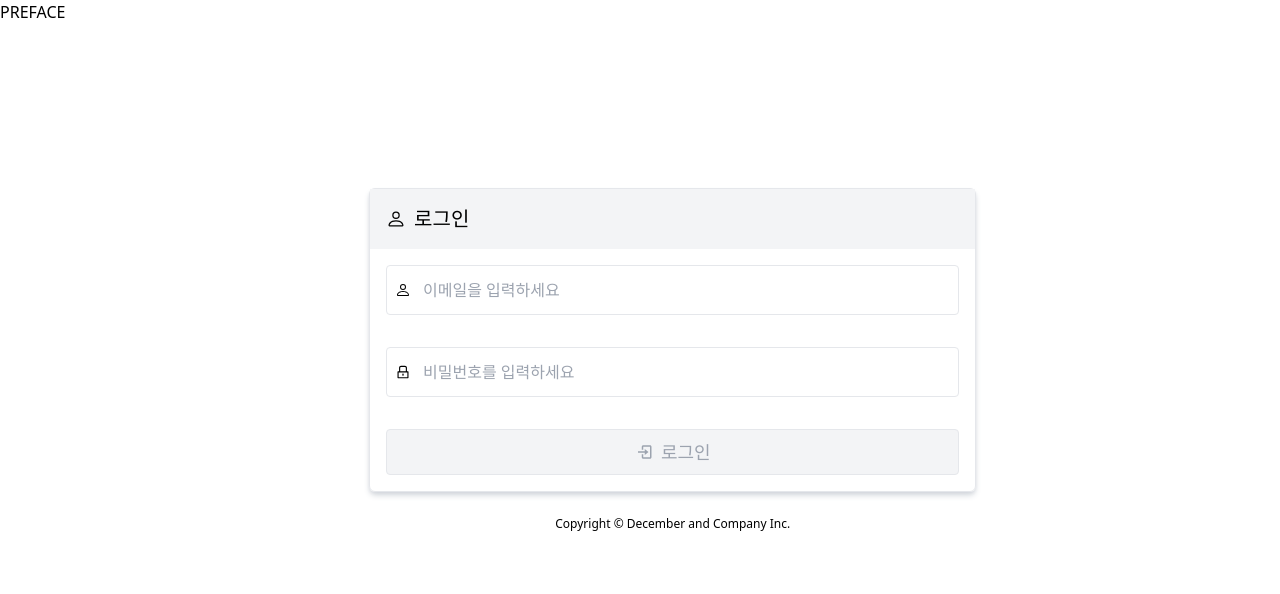
Repository: wanted-pre-onboarding-4/pre-onboarding-assignment-week-4-1-team-4
Page: /login (app in client/)
These files come from the project's save history. The page is drawn as it stood at one moment and after the next save; the edit follows.
The browser window is 1280 px wide. The pictures show the whole page.
The project was rebuilt for these pictures with package versions that can differ from the ones it lists, and the page was loaded fresh each time. Also part of the build but not shown: client/src/components/Footer.jsx, client/src/components/Header.jsx, client/src/components/Sider.jsx, client/src/components/Layout.jsx.

Above is the page before, as saved 2022-09-20 21:29:57.

After the next save:
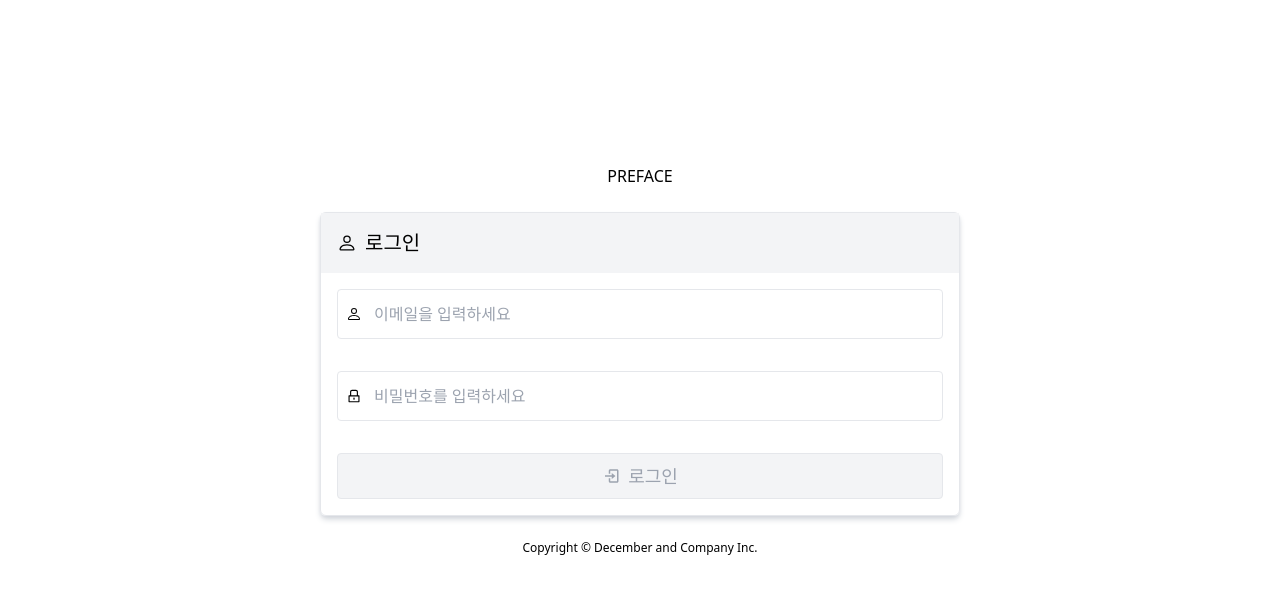
Saved 17 s later.
--- a/client/src/pages/login/Login.jsx
+++ b/client/src/pages/login/Login.jsx
@@ -5,9 +5,8 @@ import { BiLogIn } from 'react-icons/bi';
 
 const Login = () => {
   return (
-    <>
+    <div className='flex flex-col justify-center items-center w-full gap-y-6'>
     <h1>PREFACE</h1>
-    <div className='flex flex-col justify-center items-center w-full gap-y-6'>
       <div className='border-solid border-[1px] rounded-md shadow-md shadow-gray-300 w-1/2'>
         <div className="flex items-center justify-start space-x-2 p-4 font-medium text-xl bg-gray-100">
           <BsPerson />
@@ -33,7 +32,6 @@ const Login = () => {
       </div>
         <p className='text-xs'>Copyright © December and Company Inc.</p>
     </div>
-    </>
   );
 };
 
